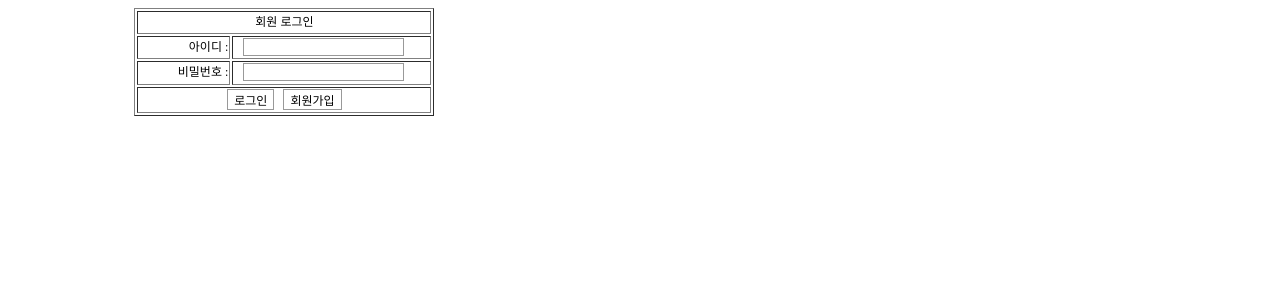
Repository: DynamicRD/jsp_Study
Page: http://localhost/jspStudy/memberone/login.jsp
An editor plug-in stored every save of this project. The page is shown before and after the next save, followed by the edit.
The browser window is 1280 px wide. The pictures show the whole page.
The page is served by Tomcat 9. Other server files are loaded and not shown.

Above is the page before, as saved 2024-12-11 00:47:44.

### jspStudy/src/main/webapp/memberone/login.jsp
<%@ page contentType="text/html; charset=utf-8"%>
<html>
<head>
<title>Log in</title>
<link href="../css/style.css" type="text/css" rel="stylesheet" />
</head>
<body>
	<main>
		<form method="post" action="#">
			<table width="300" border="1">
				<tr>
					<td colspan="2" align="center">회원 로그인</td>
				</tr>
				<tr>
					<td align="right" width="100">아이디 :</td>
					<td width="200">&nbsp;&nbsp; <input type="text" name="id"
						size="20" /></td>
				</tr>
				<tr>
					<td align="right" width="100">비밀번호 :</td>
					<td width="200">&nbsp;&nbsp; <input type="password"
						name="pass" size="20" /></td>
				</tr>
				<tr>
					<td colspan="2" align="center"><input type="submit"
						value="로그인" />&nbsp;&nbsp; <input type="button" value="회원가입"
						onClick="javascript:window.location='regForm.jsp'" /></td>
				</tr>
			</table>
		</form>
	</main>
</body>
</html>

### jspStudy/src/main/webapp/css/style.css
@charset "UTF-8";

BODY {
	FONT-SIZE: 9pt;
	COLOR: black;
	LINE-HEIGHT: 160%;
}
main{
	width: 80%;
	margin : 0 auto;
	text-align: center;
}

TD {
	FONT-SIZE: 9pt;
	COLOR: black;
	LINE-HEIGHT: 160%;
}

SELECT {
	FONT-SIZE: 9pt;
	COLOR: black;
	LINE-HEIGHT: 160%;
}

DIV {
	FONT-SIZE: 9pt;
	COLOR: black;
	LINE-HEIGHT: 160%;
}

FORM {
	FONT-SIZE: 9pt;
	COLOR: black;
	LINE-HEIGHT: 160%;
}

TEXTAREA {
	BORDER-RIGHT: 1px solid #999999;
	BORDER-TOP: 1px solid #999999;
	FONT-SIZE: 9pt;
	BORDER-LEFT: 1px solid #999999;
	COLOR: BLACK;
	BORDER-BOTTOM: 1px solid #999999;
	BACKGROUND-COLOR: white
}

INPUT {
	BORDER-RIGHT: 1px solid #999999;
	BORDER-TOP: 1px solid #999999;
	FONT-SIZE: 9pt;
	BORDER-LEFT: 1px solid #999999;
	COLOR: BLACK;
	BORDER-BOTTOM: 1px solid #999999;
	BACKGROUND-COLOR: white
}

A:link {
	text-decoration: #696969
}

A:hover {
	text-decoration: #66CCFF
}

A:visited {
	text-decoration: #330066
}

After the next save:
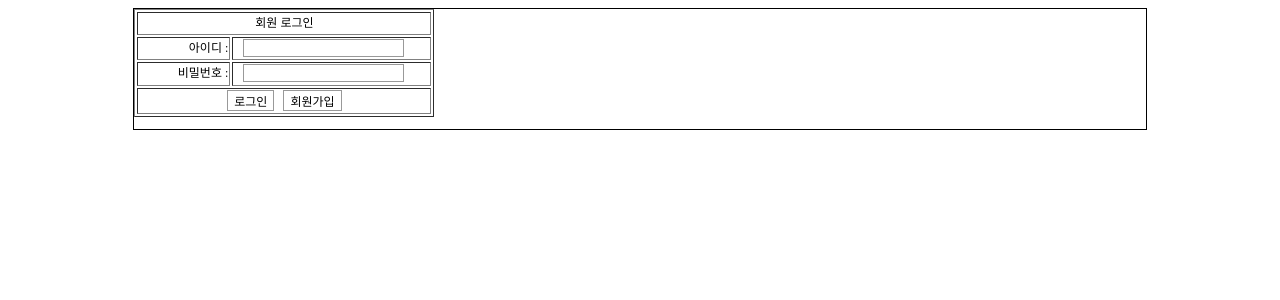
Saved 40 s later.
--- a/jspStudy/src/main/webapp/css/style.css
+++ b/jspStudy/src/main/webapp/css/style.css
@@ -8,7 +8,7 @@ BODY {
 main{
 	width: 80%;
 	margin : 0 auto;
-	text-align: center;
+	border: 1px solid black;
 }
 
 TD {
